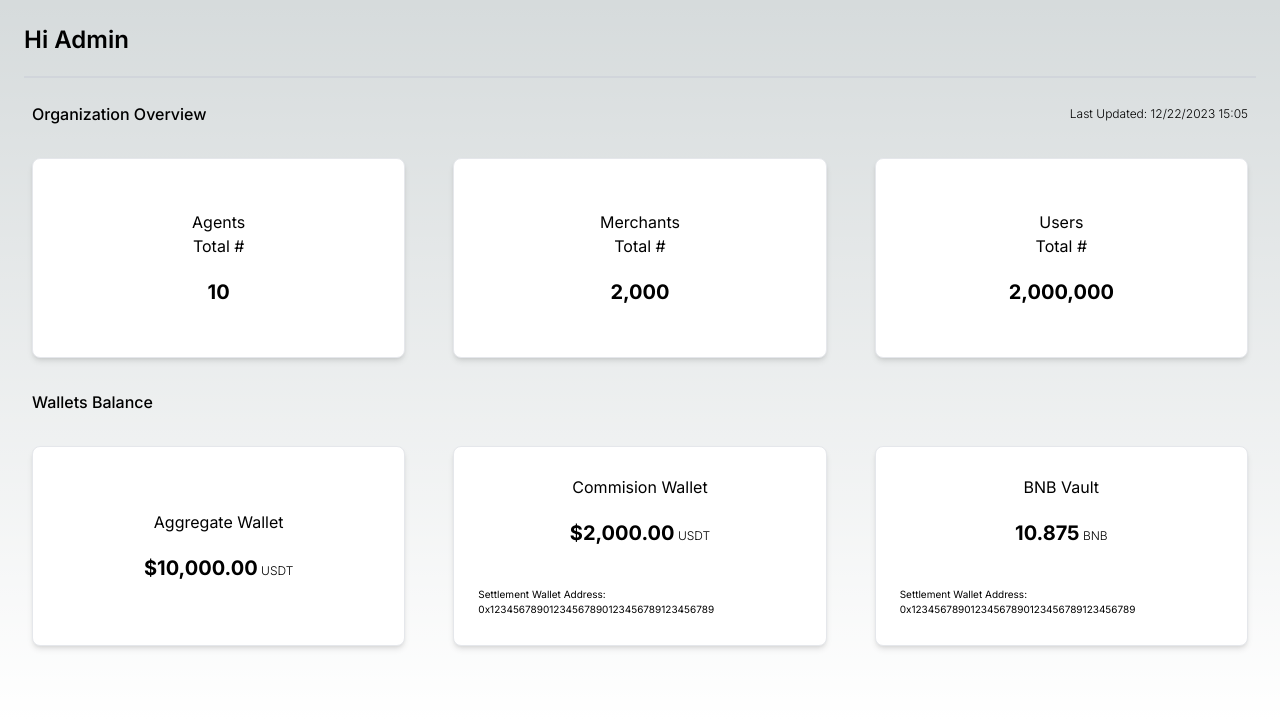
Repository: khairul35/merchant-dashboard
Page: /home
The author's editor kept a copy of each file at every save. The page is drawn from the files as they stood at one save, then again after the next save.
The browser window is 1280 px wide. The pictures show the whole page.
The project was rebuilt for these pictures with package versions that can differ from the ones it lists, and the page was loaded fresh each time. The framework's server and built-in components were replaced by stand-ins that run in the browser. Also part of the build but not shown: next.config.js, app/components/layout/Header/index.module.css, app/components/layout/Header/index.component.tsx, app/components/layout/Navigation/index.module.css, app/components/layout/Navigation/index.component.tsx, app/components/layout/Navigation/menus.tsx.

Above is the page before, as saved 2024-01-04 08:12:10.

After the next save:
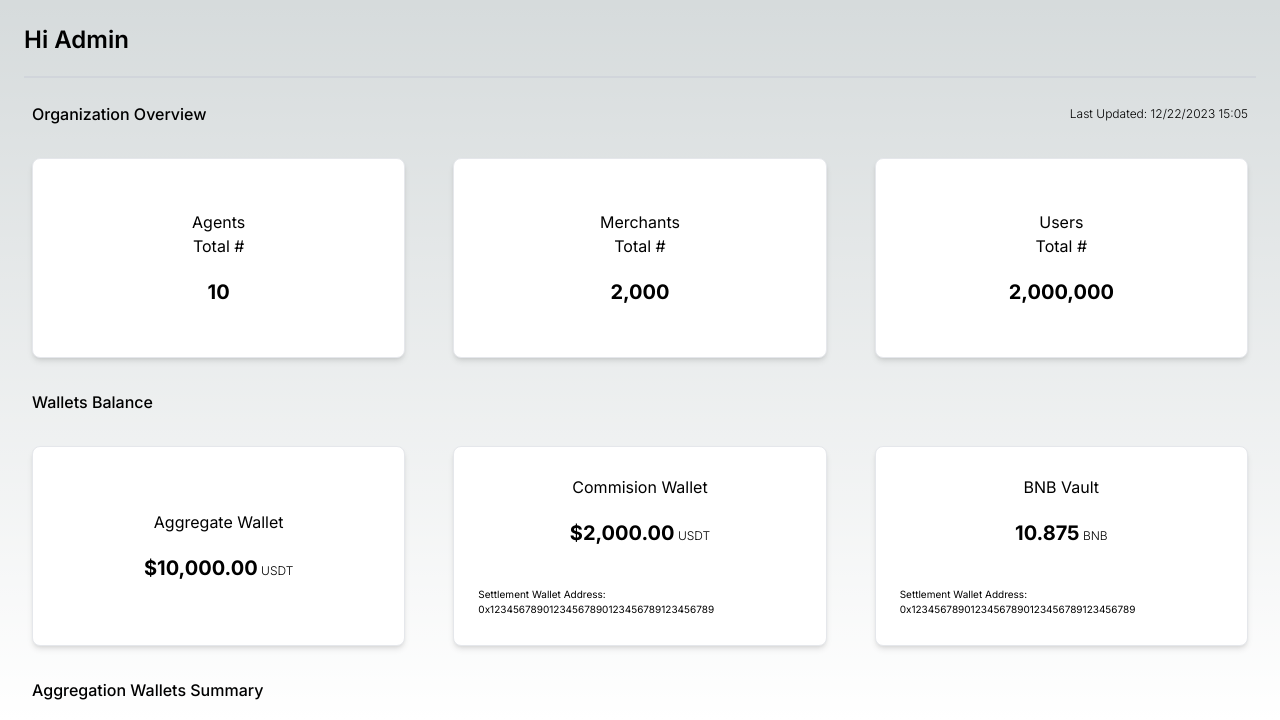
Saved 10 min 21 s later.
--- a/app/home/index.component.tsx
+++ b/app/home/index.component.tsx
@@ -2,10 +2,11 @@
 import styles from './index.module.css';
 import OrganizationOverview from './organization-overview';
 import Wallet from './wallet-balance';
+import AggregationWalletSummary from "./agrregation-wallet-summary";
 
 
 const Component = (props: HomeProps) => {
-    const { name, organizationOverview, wallets } = props;
+    const { name, organizationOverview, wallets, aggregationWalletSummary } = props;
 
     return (
         <div>
@@ -14,6 +15,7 @@
             </div>
             <OrganizationOverview {...organizationOverview} />
             <Wallet {...wallets} />
+            <AggregationWalletSummary {...aggregationWalletSummary} />
         </div>
     )
 };
